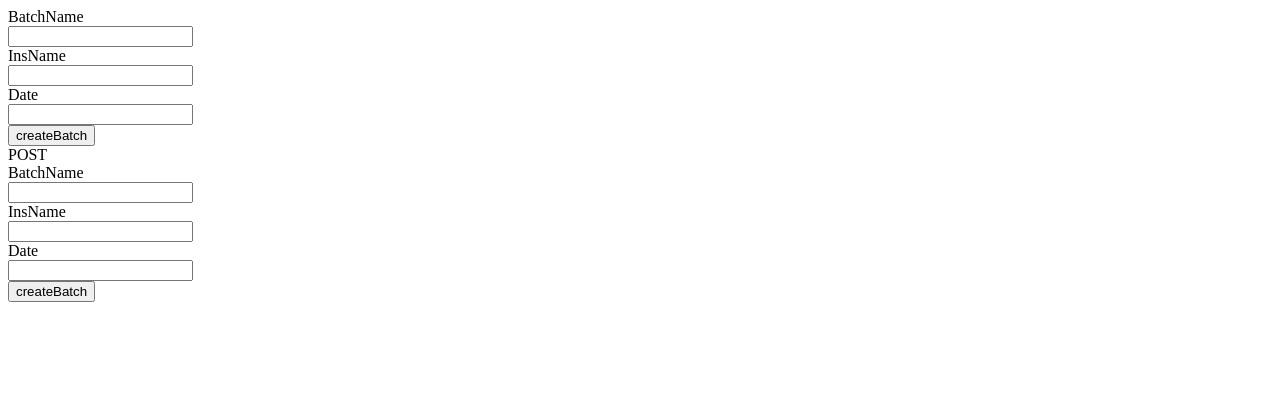
Repository: ark0000/gitL
Page: sevs/src/main/webapp/add-batch.html
The author's editor kept a copy of each file at every save. The page is drawn from the files as they stood at one save, then again after the next save.
The browser window is 1280 px wide. The pictures show the whole page.

Above is the page before, as saved 2024-03-03 04:32:50.

After the next save:
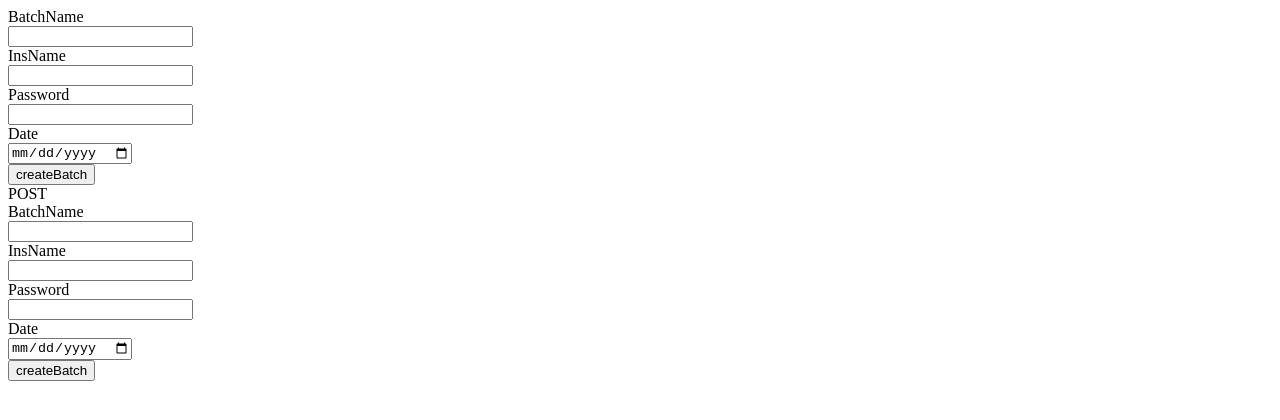
Saved 105 s later.
--- a/sevs/src/main/webapp/add-batch.html
+++ b/sevs/src/main/webapp/add-batch.html
@@ -10,8 +10,10 @@
 <input  type="text" name="batchName" ><br>
 <label for="">InsName</label><br>
 <input  type="text" name="InsName" ><br>
+<label for="">Password</label><br>
+<input  type="password" name="Date" ><br>
 <label for="">Date</label><br>
-<input  type="text" name="Date" ><br>
+<input  type="date" name="Date" ><br>
 
 <input  type="submit" name="batch" value="createBatch" >
 
@@ -22,8 +24,10 @@ POST
 <input  type="text" name="batchName" ><br>
 <label for="">InsName</label><br>
 <input  type="text" name="InsName" ><br>
+<label for="">Password</label><br>
+<input  type="password" name="Date" ><br>
 <label for="">Date</label><br>
-<input  type="text" name="Date" ><br>
+<input  type="date" name="Date" ><br>
 
 <input  type="submit" name="batch" value="createBatch" >
 
